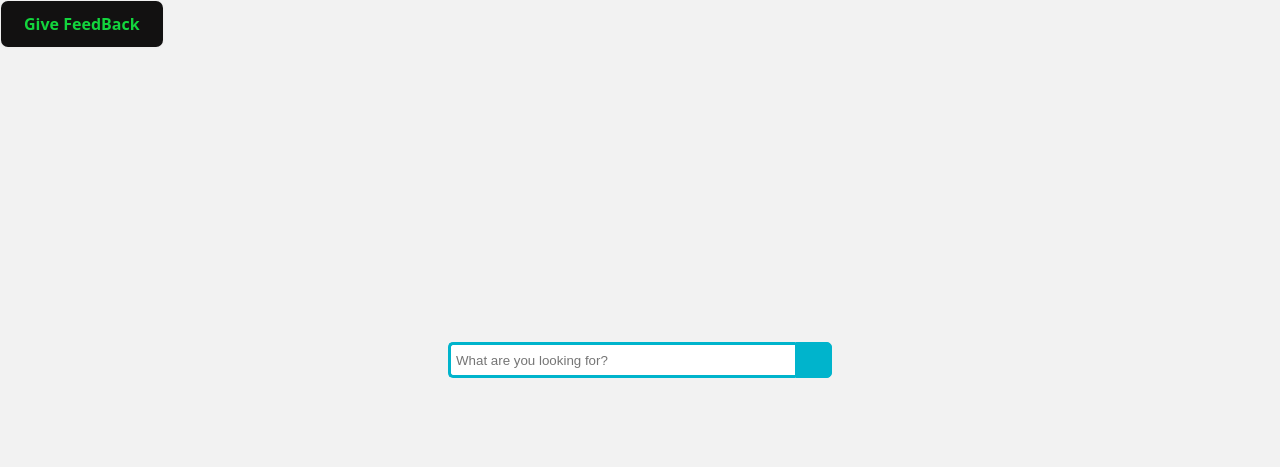
Repository: rajratangm/raj_qtify
Page: / (app in raj_qtify/)
An editor plug-in stored every save of this project. The page is shown before and after a run of saves, followed by the edit.
The browser window is 1280 px wide. The pictures show the whole page.
The project was rebuilt for these pictures with package versions that can differ from the ones it lists, and the page was loaded fresh each time.

Above is the page before, as saved 2024-03-19 13:49:16.

### raj_qtify/src/index.js
import React from 'react';
import ReactDOM from 'react-dom/client';
import './index.css';
import App from './App';
import reportWebVitals from './reportWebVitals';
import Button from './button';
import Searchbar from './searchbar';

const root = ReactDOM.createRoot(document.getElementById('root'));
root.render(
  <React.StrictMode>
    <App />
    <Searchbar/>
    <Button/>
  </React.StrictMode>
);

// If you want to start measuring performance in your app, pass a function
// to log results (for example: reportWebVitals(console.log))
// or send to an analytics endpoint. Learn more: https://bit.ly/CRA-vitals
reportWebVitals();

### raj_qtify/src/App.js
import logo from './logo.svg';
import './App.css';

function App() {
  return (
    <div className="App">


    </div>
  );
}

export default App;

### raj_qtify/src/button.js
import './button.css'
function Button(){
    return (
        <div >
            <span className='button'>
            <button className = 'button-5'>Give FeedBack</button>
            </span>





        </div>
    )
}

export default Button;

### raj_qtify/src/searchbar.js
// import React from 'react'
import  './searchbar.css'

function Searchbar(){
    return <>
     <div className="wrap">
            <div className="search">
                <input type="text" className="searchTerm" placeholder="What are you looking for?" />
                <button type="submit" className="searchButton">
                    <i className="fa fa-search"></i>
                </button>
            </div>
        </div>


    </>
}

export default Searchbar

### raj_qtify/src/button.css


/* <!-- HTML !-->
<button class="button-5" role="button">Button 5</button> */

/* CSS */
.button-5 {
  align-items: center;
  background-clip: padding-box;
  background-color: #121111;
  border: 1px solid transparent;
  border-radius: .50rem;
  box-shadow: rgba(0, 0, 0, 0.02) 0 1px 3px 0;
  box-sizing: border-box;
  color: #13d53d;
  cursor: pointer;
  display: inline-flex;
  font-family: system-ui,-apple-system,system-ui,"Helvetica Neue",Helvetica,Arial,sans-serif;
  font-size: 16px;
  font-weight: 600;
  justify-content: center;
  line-height: 1.25;
  margin: 0;
  min-height: 3rem;
  padding: calc(.875rem - 1px) calc(1.5rem - 1px);
  position: relative;
  text-decoration: none;
  transition: all 250ms;
  user-select: none;
  -webkit-user-select: none;
  touch-action: manipulation;
  vertical-align: baseline;
  width: auto;
}

.button-5:hover,
.button-5:focus {
  background-color: #201e1e;
  box-shadow: rgba(0, 0, 0, 0.1) 0 4px 12px;
}

.button-5:hover {
  transform: translateY(-1px);
}

.button-5:active {
  background-color: #c85000;
  box-shadow: rgba(0, 0, 0, .06) 0 2px 4px;
  transform: translateY(0);
}

### raj_qtify/src/searchbar.css
@import url(https://fonts.googleapis.com/css?family=Open+Sans);

body {
    background: #f2f2f2;
    font-family: 'Open Sans', sans-serif;
}

.search {
    width: 100%;
    position: relative;
    display: flex;
}

.searchTerm {
    width: 100%;
    border: 3px solid #00B4CC;
    border-right: none;
    padding: 5px;
    height: 20px;
    border-radius: 5px 0 0 5px;
    outline: none;
    color: #9DBFAF;
}

.searchTerm:focus {
    color: #00B4CC;
}

.searchButton {
    width: 40px;
    height: 36px;
    border: 1px solid #00B4CC;
    background: #00B4CC;
    text-align: center;
    color: #fff;
    border-radius: 0 5px 5px 0;
    cursor: pointer;
    font-size: 20px;
}

/* Resize the wrap to see the search bar change! */
.wrap {
    width: 30%;
    position: absolute;
    top: 50%;
    left: 50%;
    transform: translate(-50%, -50%);
}

Loaded but not shown: raj_qtify/public/index.html (common file); raj_qtify/src/index.css (common file); raj_qtify/src/reportWebVitals.js (common file); raj_qtify/src/App.css (common file)

After the next 5 saves:
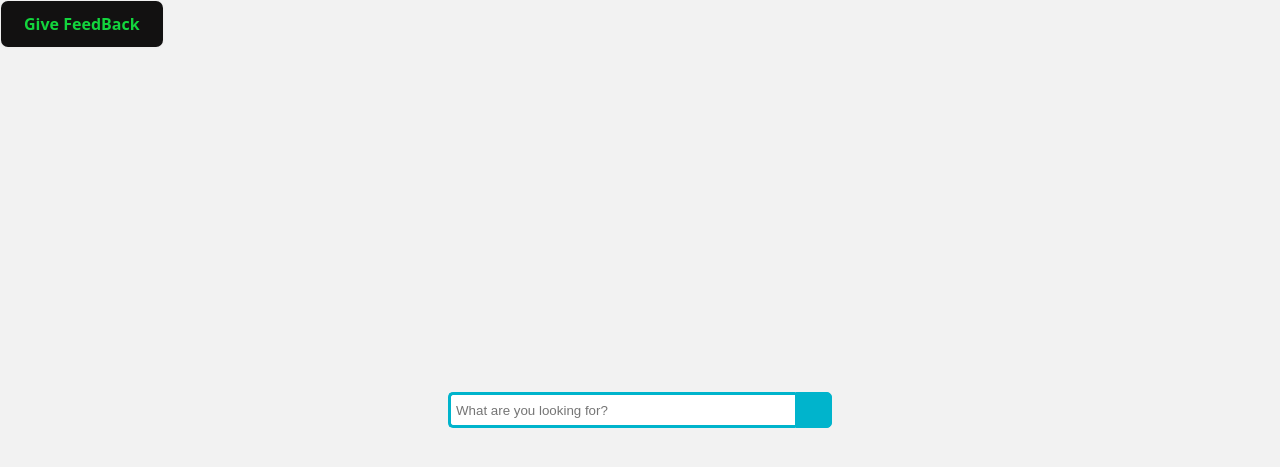
The 5 saves are shown as one change because they came seconds apart.
The last was saved 55 s later.
--- a/raj_qtify/src/searchbar.css
+++ b/raj_qtify/src/searchbar.css
@@ -9,6 +9,7 @@
     width: 100%;
     position: relative;
     display: flex;
+    top: 50px;
 }
 
 .searchTerm {

After the save that followed:
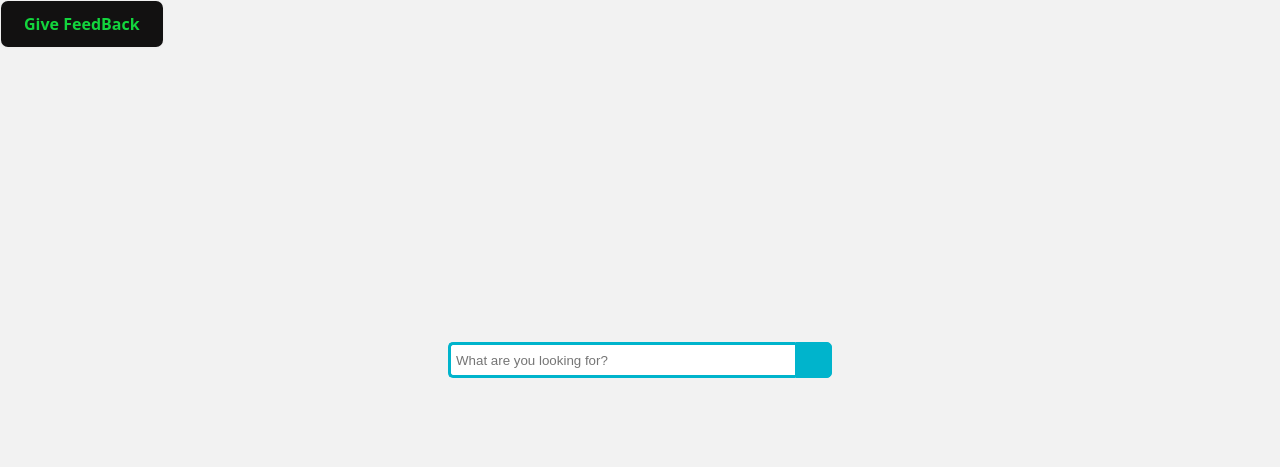
Saved 6 s later.
--- a/raj_qtify/src/searchbar.css
+++ b/raj_qtify/src/searchbar.css
@@ -9,7 +9,7 @@
     width: 100%;
     position: relative;
     display: flex;
-    top: 50px;
+
 }
 
 .searchTerm {
